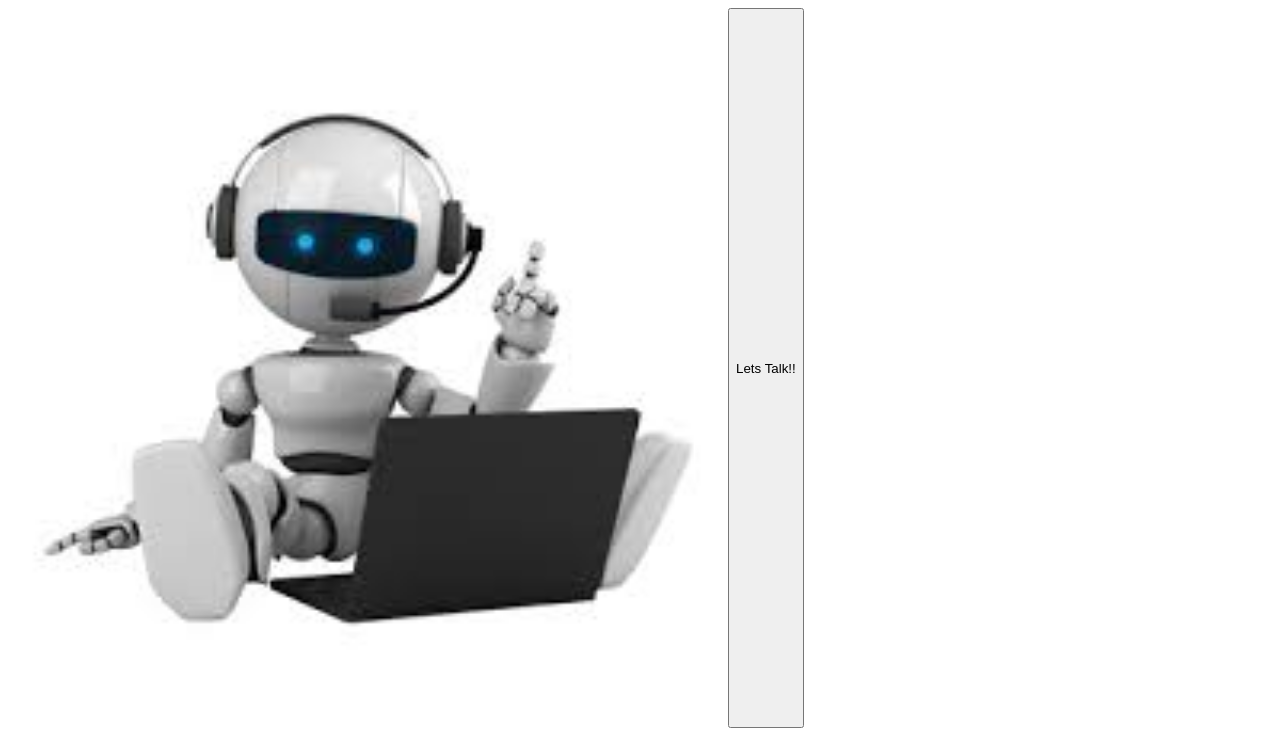
Repository: Ellisvelandia/talkingbot
Page: index.html
These files come from the project's save history. The page is drawn as it stood at one moment and after a run of saves; the edit follows.
The browser window is 1280 px wide. The page is 1288 px wide, so the pictures cover 1288 px, including what lies to the right of the window. The pictures show the whole page.

Above is the page before, as saved 2022-09-15 23:53:23.

After the next 2 saves:
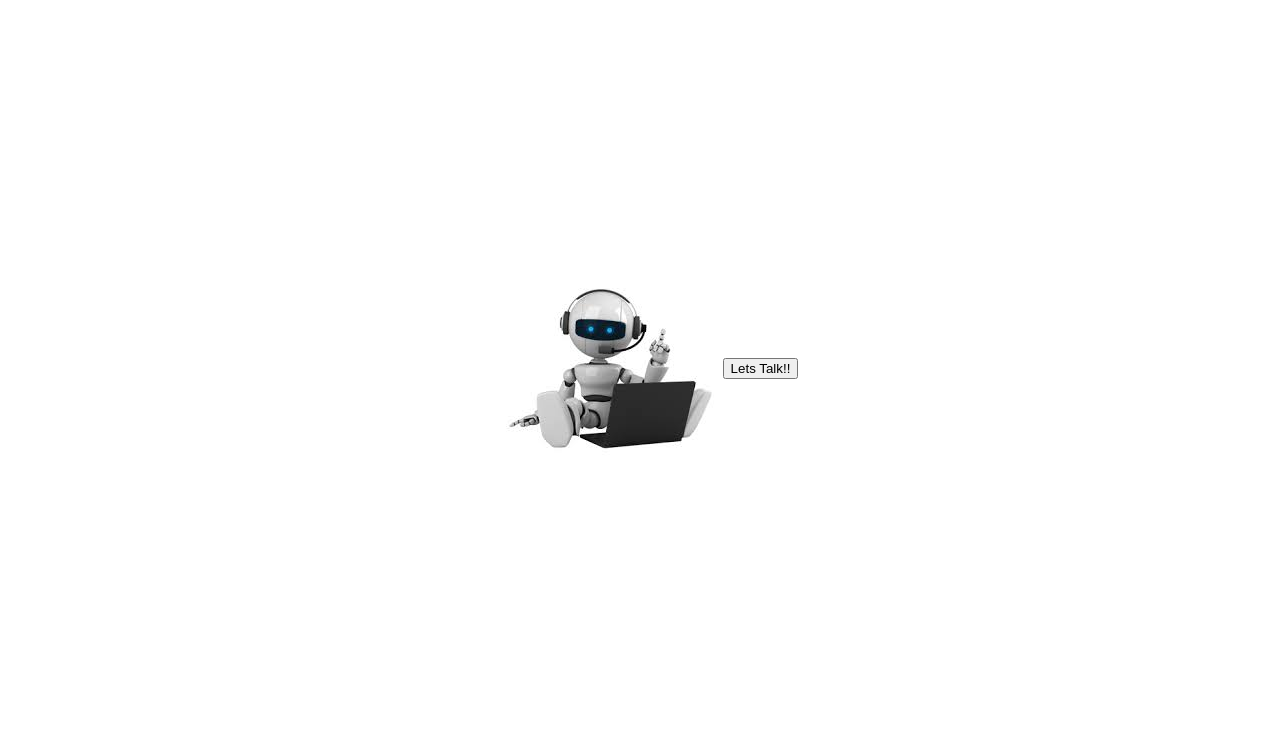
The 2 saves are shown as one change because they came seconds apart.
The last was saved 7 s later.
--- a/style.css
+++ b/style.css
@@ -2,5 +2,6 @@
   width: 100%;
   height: 100vh;
   display: flex;
-  align-items: ;
+  align-items: center;
+  justify-content: center;
 }
